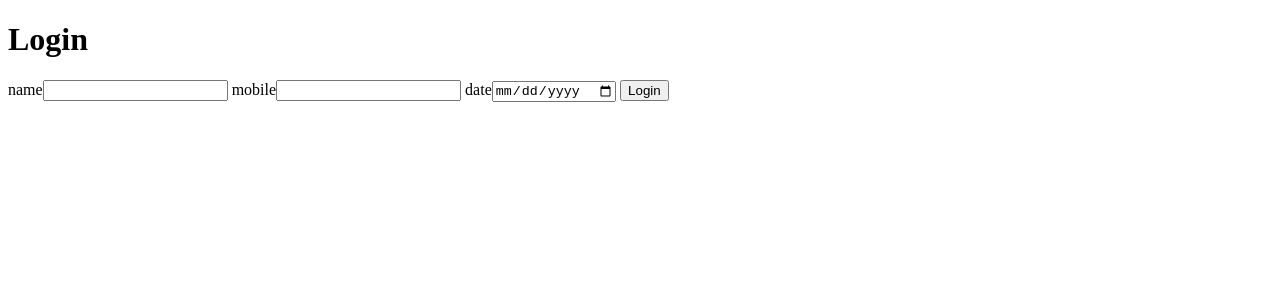
Repository: Strangeryoga/JSHS
Page: Servlet2/login-page/src/main/webapp/login.html
An editor plug-in stored every save of this project. The page is shown before and after the next save, followed by the edit.
The browser window is 1280 px wide. The pictures show the whole page.

Above is the page before, as saved 2023-08-09 20:35:18.

After the next save:
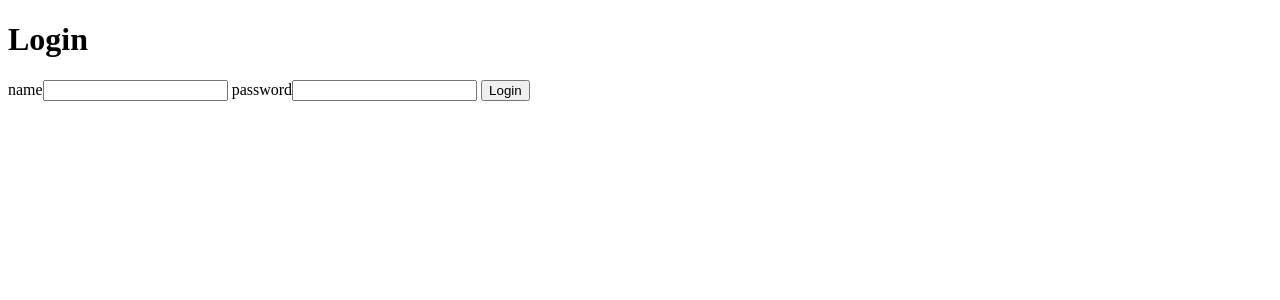
Saved 24 s later.
--- a/Servlet2/login-page/src/main/webapp/login.html
+++ b/Servlet2/login-page/src/main/webapp/login.html
@@ -9,8 +9,7 @@
 <h1>Login</h1>
 <form action="LoginServlet" method="post">
 name<input type="text" name="ui">
-mobile<input type="text" name="ps">
-date<input type="date" name="dt">
+password<input type="text" name="ps">
 <button type="submit">Login</button>
 </form>
 </body>
